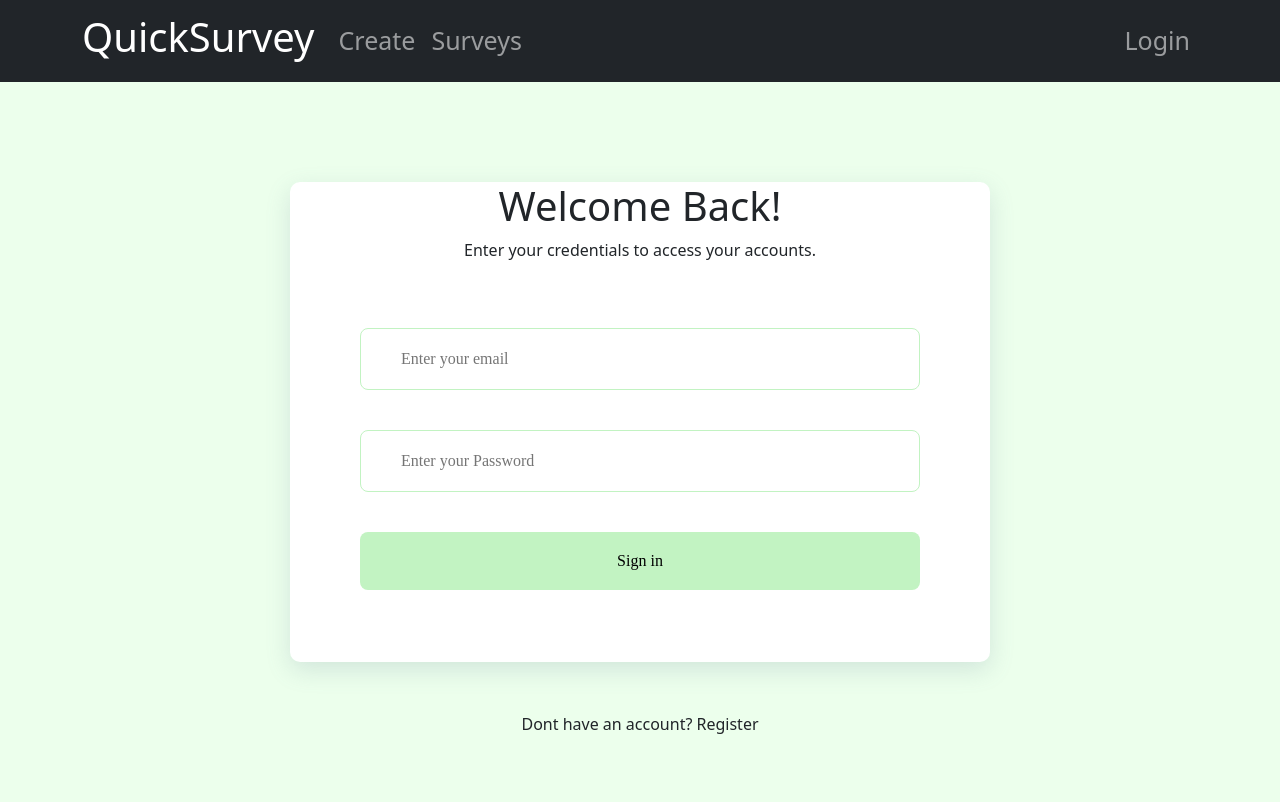
Repository: cakuang1/QuickSurveyReact
Page: /login
The author's editor kept a copy of each file at every save. The page is drawn from the files as they stood at one save, then again after a run of saves.
The browser window is 1280 px wide. The pictures show the whole page.
The project was rebuilt for these pictures with package versions that can differ from the ones it lists, and the page was loaded fresh each time. Also part of the build but not shown: src/index.css, src/pages/home/home.js, src/pages/create/create.js, src/pages/pastsurveys/pastsurveys.js.

Above is the page before, as saved 2022-07-24 18:39:22.

### src/App.js

import Navigation from './components/Nav/Nav';
import {BrowserRouter,Route,Routes} from "react-router-dom";
import Home from "./pages/home/home"
import Create from "./pages/create/create"
import CreatedSurveys from "./pages/pastsurveys/pastsurveys"
import LogRegi from "./pages/login/login"




function App() {
  return (
  <BrowserRouter>
    <Navigation/>
    <Routes>
      <Route path='/' element = {<Home/>}></Route>
      <Route path = 'create' element = {<Create/>}></Route>
      <Route path = 'created' element = {<CreatedSurveys/>}></Route>
      <Route path = 'login' element = {<LogRegi/>}></Route>
    </Routes>

  </BrowserRouter>

  );
}

export default App;

### src/components/Nav/Nav.js
import React,{useState} from "react";
import Nav from 'react-bootstrap/Nav';
import Navbar from 'react-bootstrap/Navbar';

import Container from 'react-bootstrap/Container';
import 'bootstrap/dist/css/bootstrap.min.css';
import {Link} from 'react-router-dom'
import "./nav.css"



export default function Navigation() {
  return (
    <Navbar collapseOnSelect expand="lg" bg="dark" variant="dark">
      <Container>
        <Navbar.Brand as={Link} to="/home">
          <h1>QuickSurvey</h1>
        </Navbar.Brand>
        <Navbar.Toggle aria-controls="responsive-navbar-nav" />
        <Navbar.Collapse id="responsive-navbar-nav">
          <Nav className="me-auto">
            <Nav.Link as={Link} to="/create">Create</Nav.Link>
            <Nav.Link as={Link} to="/created">Surveys</Nav.Link>

          </Nav>
          <Nav>
            <Nav.Link as={Link} to="/login">Login</Nav.Link>
          </Nav>
        </Navbar.Collapse>
      </Container>
    </Navbar>
  );
}

### src/pages/login/login.js
import { SwipeableDrawer } from '@mui/material';
import React,{useState} from 'react'
import {MdEmail} from 'react-icons/md'
import {RiLockPasswordFill} from 'react-icons/ri'
import {Link} from 'react-router-dom'
import "./login.css"
function Register() {







}

function Login() {
    const [type,setType] = useState("Login");
    const [inputs, setInputs] = useState({});
    function handleChange(event) {
        const name = event.target.name;
        const value = event.target.value;
        setInputs(values => ({...values, [name]: value}))
    }
    return (
        <div className='test'>
            <div className='box'>
                <h1 className = "loginheader">
                    Welcome Back!
                </h1>
                <p>
                    Enter your credentials to access your accounts.
                </p>
                <form className='loginform'>
                    <input id = "email" name = "email" placeholder='Enter your email' onChange={handleChange} value = {inputs.email || ""}/>
                    <input id = "password" name = "password" placeholder='Enter your Password' onChange={handleChange} value = {inputs.password || ""}/>
                    <button type = "submit"> Sign in</button>
                </form>
            </div>
            <div>
            <p>Dont have an account? Register</p>
            <Link></Link>

            </div>

        </div>
    )

}


export default function LogRegi() {
    return (

        <Login/>

    )
}

### src/components/Nav/nav.css
.nav-link {
    font-size: 25px;

}

### src/pages/login/login.css
.box {
width: 40vw;
min-width: 700px;
min-height: 480px;
border-radius: 10px;
background-color: #fff;
box-shadow: #6a839c33 0 8px 24px;
margin: 50px 10px;
display: flex;
flex-direction: column;
align-items: center;
}

body {

    background-color: #ecffec;
}

.test {
    display: flex;
    width: 100vw;
    height: 100vh;
    flex-direction: column;
    align-items: center;
    justify-content: center;
    transition: background-color .2s;
}

.loginform {
    display: flex;
    flex-direction: column;
    width: 80%;
    margin-top: 50px;
}

.loginform input {
    margin-bottom: 40px;
    padding: 18px 18px 18px 40px;
    font-family: GilroyRegular;
    border: 1px solid #c2f3c2;
    border-radius: 8px;
    color: var(--blue);
}

.loginform button {
    outline: none;
    border: none;
    padding: 17px;
    border-radius: 8px;
    font-family: GilroyRegular;

    background-color: #c2f3c2;
    transition: .2s;
    font-size: 100%;


}

Loaded but not shown: public/index.html (common file); src/index.js (common file)

After the next 4 saves:
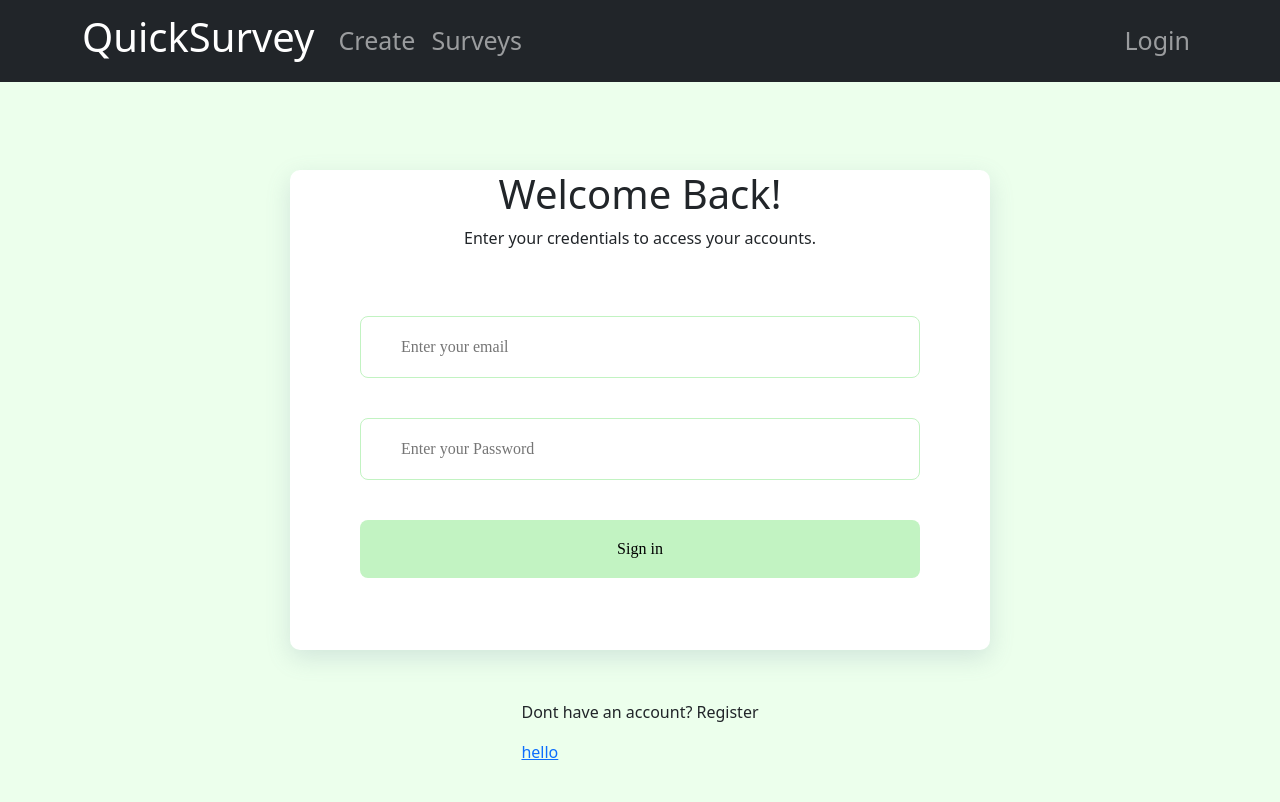
The 4 saves are shown as one change because they came seconds apart.
The last was saved 25 s later.
--- a/src/pages/login/login.js
+++ b/src/pages/login/login.js
@@ -39,7 +39,7 @@
             </div>
             <div>
             <p>Dont have an account? Register</p>
-            <Link></Link>
+            <Link to = "/testing">hello</Link>
 
             </div>
 

After the 2 saves that followed:
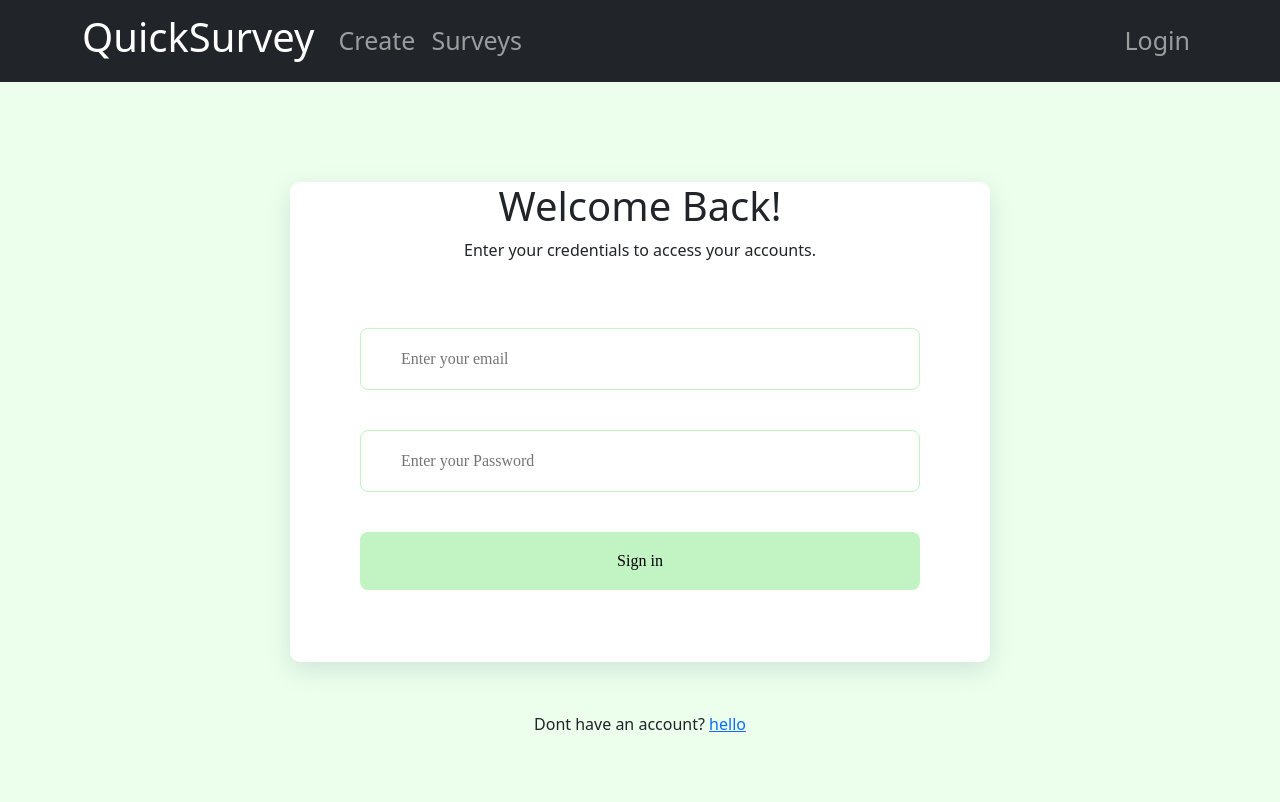
The 2 saves are shown as one change because they came seconds apart.
The last was saved 9 s later.
--- a/src/pages/login/login.js
+++ b/src/pages/login/login.js
@@ -38,8 +38,8 @@
                 </form>
             </div>
             <div>
-            <p>Dont have an account? Register</p>
-            <Link to = "/testing">hello</Link>
+            <p>Dont have an account? <Link to = "/testing">hello</Link></p>
+
 
             </div>
 
